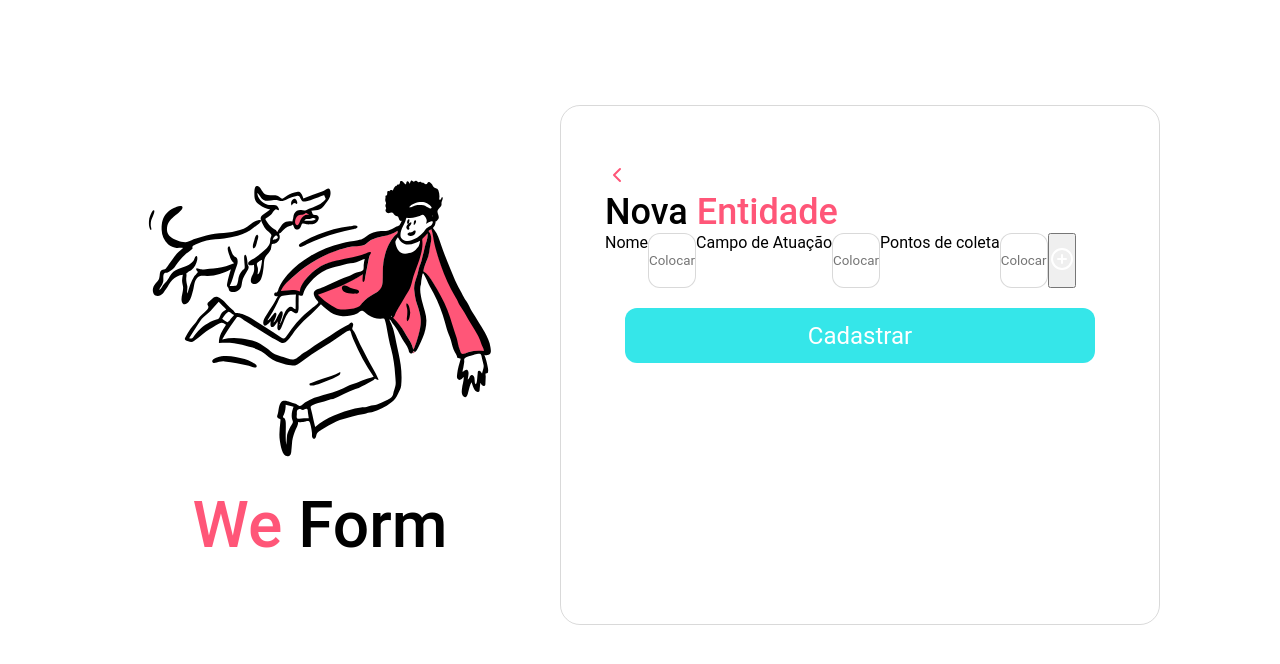
Repository: guilhermecardoso93/we-form
Page: nova-entidade.html
An editor plug-in stored every save of this project. The page is shown before and after the next save, followed by the edit.
The browser window is 1280 px wide. The pictures show the whole page.
Some web libraries are served in a nearby version.

Above is the page before, as saved 2024-06-09 18:06:43.

### nova-entidade.html
<!DOCTYPE html>
<html lang="pt-BR">

<head>
    <meta charset="UTF-8">
    <meta name="viewport" content="width=device-width, initial-scale=1.0">
    <link rel="stylesheet" href="https://cdnjs.cloudflare.com/ajax/libs/font-awesome/5.13.1/css/all.min.css">
    <link rel="stylesheet" href="./styles.css">
    <title>We Form</title>
</head>

<body>
    <div class="content">

        <aside>
            <img src="./assets/hero.svg" alt="Ilustração mulher com cachorro" />
            <h1>
                <span>We</span> Form
            </h1>
        </aside>

        <main>
            <a href="/">
                <img src="./assets/arrow-back.svg" alt="seta" />
            </a href="/">
            <h2>Nova <span>Entidade</span></h2>
            <form>
                <label form="nome">Nome</label>
                <input type="text" placeholder="Colocar nome da Entidade" id="nome">

                <label form="field">Campo de Atuação</label>
                <input type="text" placeholder="Colocar o campo de Atuação da Entidade" id="field">

                <label form="points">Pontos de coleta</label>
                <input type="text" placeholder="Colocar nome da Entidade" id="points">
                <button>
                    <img src="./assets/plus.svg" alt="" />
                </button>
            </form>
            <div class="buttons">
                <button>
                <a href="http://">Cadastrar </a>
            </div>

        </main>
    </div>
</body>

</html>

### styles.css
* {
  padding: 0;
  margin: 0;
  box-sizing: border-box;
  font-family: Roboto, sans-serif;
}

:root {
  font-size: 62.5%;
}

body {
  font-size: 1.6rem;
  text-decoration: none;
}

.content {
 display: flex;
 flex-wrap: wrap-reverse;
 align-items: center;
 justify-content:center;
 gap: 4rem;
 margin: 10.5rem 0 4rem 0;
}


aside {
  display: flex;
  flex-direction: column;
  align-items: center;
  justify-content: center;
  gap: 2rem;
}

aside h1 {
  font-size: 6.4rem;
  font-weight: 500;
  line-height: 75px;
}

aside h1>span, main h2>span {
  color: #FF5678;
}

aside img {
  width: 40rem;
}


main {
  width: 60rem;
  height: 52rem;
  border: 1px solid rgba(0, 0, 0, 0.15);
  border-radius: 20px;
  padding: 5.7rem 4.4rem;
}

main h2 {
  max-width: 43rem;
  font-size: 3.6rem;
  font-weight: 500;
}

.buttons {
  display: flex;
  flex-direction: column;
  justify-content: center;
  gap: 3.5rem;
  margin: 2rem;
}


.buttons button {
  background-color: #35e6e9;
  height: 5.5rem;
  border: none;
  border-radius: 12px;
}

.buttons button:hover {
  opacity: 0.5;
}

.buttons button a {
  text-decoration: none;
  color: #fff;
  font-size: 2.4rem;
}

.buttons button+button {
  background-color: #FF5678;
}

.footer {
  display: flex;
  flex-direction: column;
  align-items: center;
  justify-content: center;
  gap: 1rem;
}

.footer p {
  font-size: 1.6rem;
  margin-top: 8rem;
}

.footer a {
  font-size: 1.2rem;
  color: #000;
  text-decoration: none;
}

main form {
  display: flex;
}

main form input {
  width: 4.8rem;
height: 5.5rem;
left: 5.43rem;
top: 218px;
background-color: #ffff;
border: 1px solid rgba(0, 0, 0, 0.15);
border-radius: 12px;
}

### assets/arrow-back.svg
<svg xmlns="http://www.w3.org/2000/svg" width="24" height="24" viewBox="0 0 24 24" fill="none" stroke="#FF5678" stroke-width="2" stroke-linecap="round" stroke-linejoin="round" class="lucide lucide-chevron-left"><path d="m15 18-6-6 6-6"/></svg>

### assets/plus.svg
<svg xmlns="http://www.w3.org/2000/svg" width="24" height="24" viewBox="0 0 24 24" fill="none" stroke="#fff" stroke-width="2" stroke-linecap="round" stroke-linejoin="round" class="lucide lucide-circle-plus"><circle cx="12" cy="12" r="10"/><path d="M8 12h8"/><path d="M12 8v8"/></svg>

After the next save:
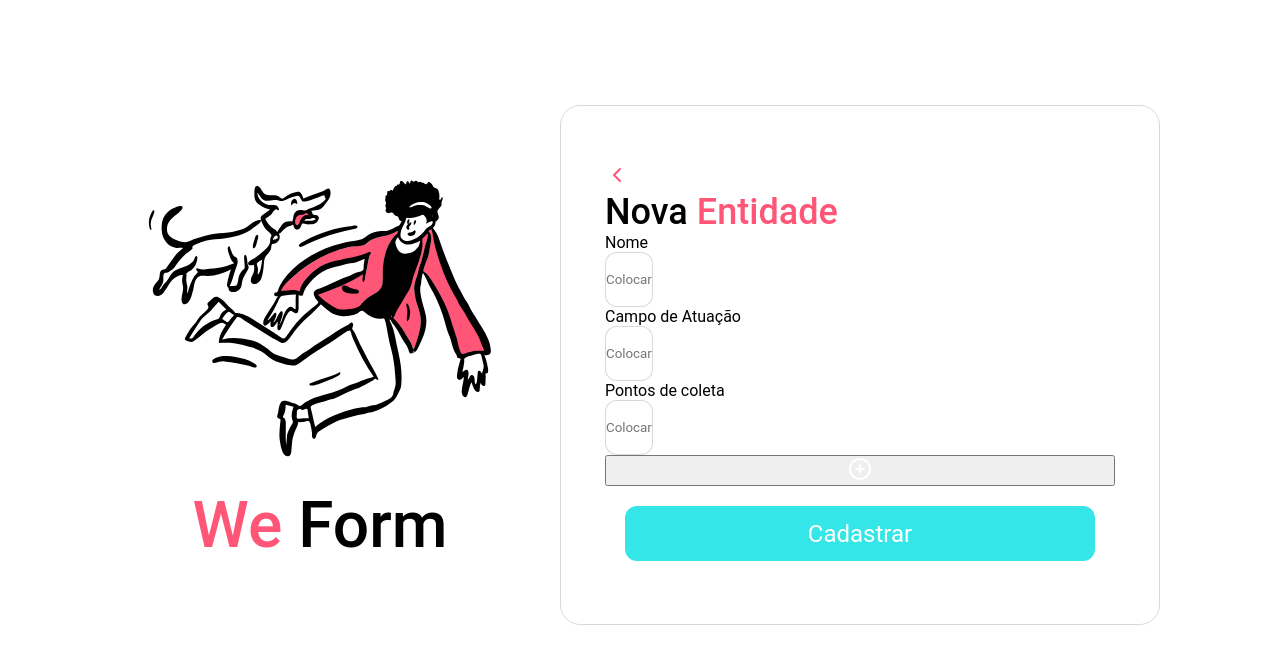
Saved 4 s later.
--- a/styles.css
+++ b/styles.css
@@ -111,7 +111,7 @@ main h2 {
 }
 
 main form {
-  display: flex;
+  display: flex;flex-direction: column;
 }
 
 main form input {
